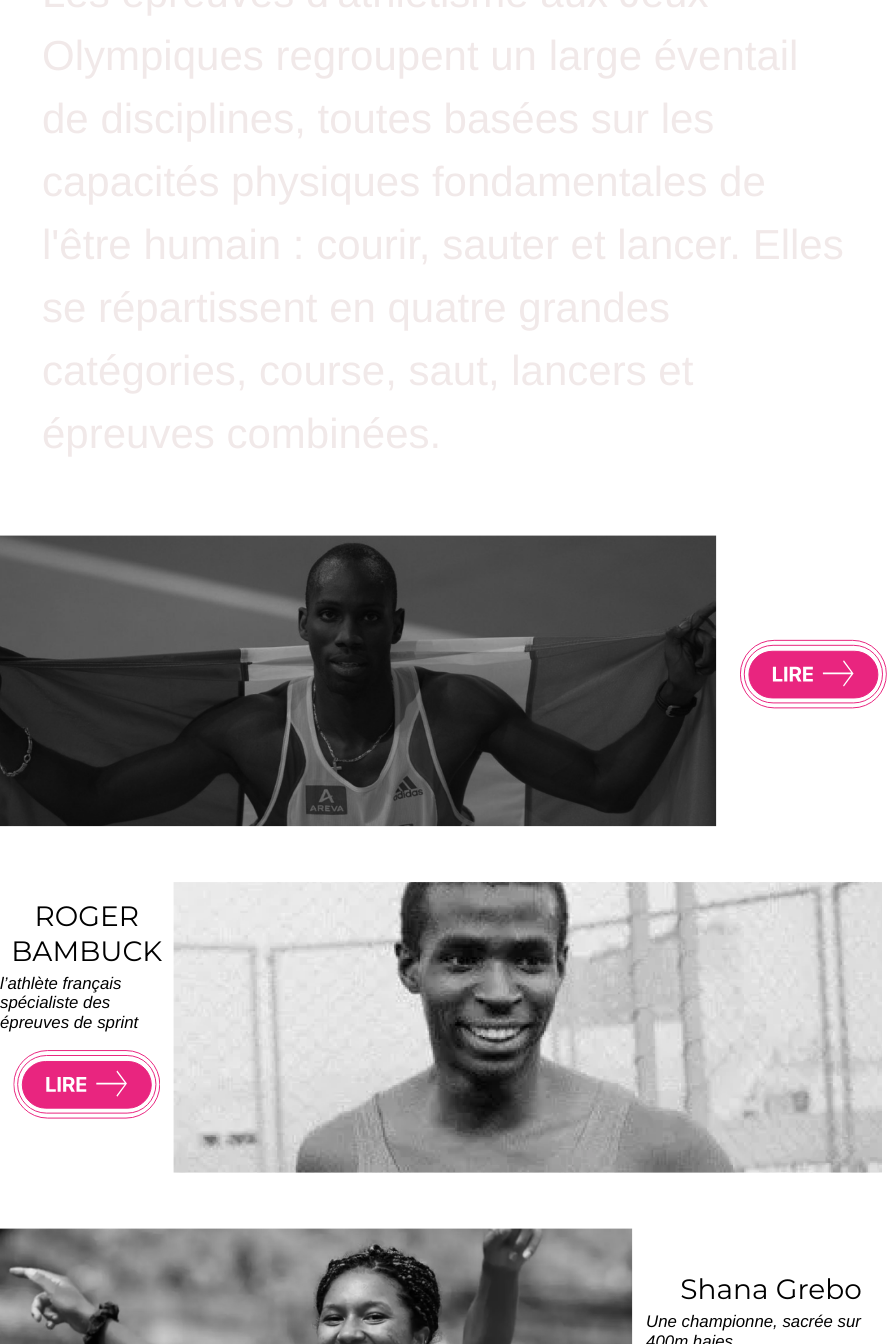
Repository: AdilGHAZAL/MosaiqueWebdoc
Page: /
An editor plug-in stored every save of this project. The page is shown before and after the next save, followed by the edit.
The browser window is 1280 px wide. The pictures show the part of the page from y = 1243 to 3163 px (the page is 9339 px tall), at 70% of full size.
The page's requests for data from a server got no answer. Some web fonts or font styles are not loaded; a fallback is used. Some web libraries are served in a nearby version. The project was rebuilt for these pictures with package versions that can differ from the ones it lists, and the page was loaded fresh each time. No one was signed in, and anything a server would have sent is missing. Also part of the build but not shown: vite.config.js, src/Athelete1/Athlete1.css, src/Athelete1/Athlete1.jsx, src/LoginScreen.jsx, src/backoffice.jsx.

Above is the page before, as saved 2024-05-02 19:51:23.

After the next save:
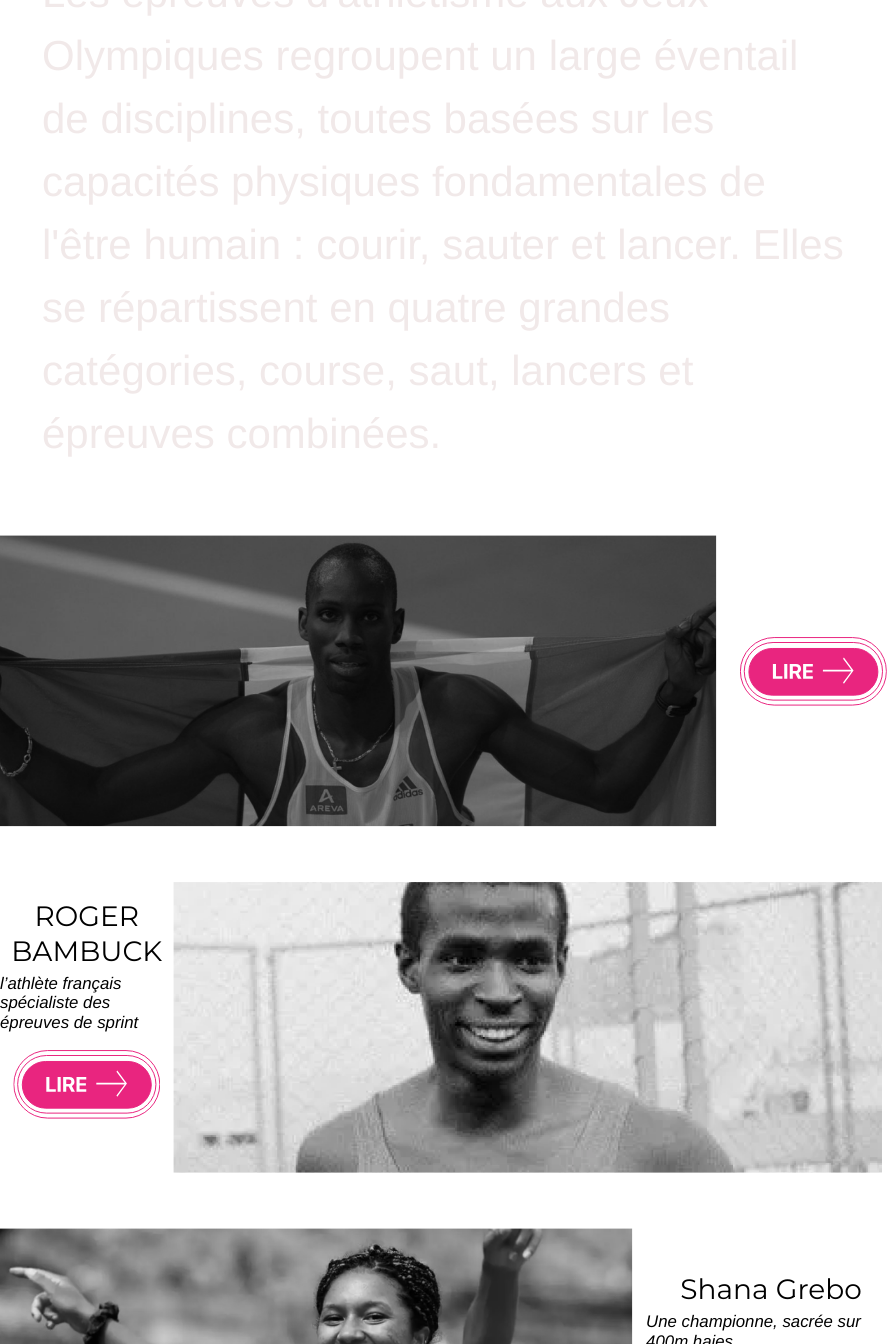
Saved 6 s later.
--- a/src/components/Athletes.jsx
+++ b/src/components/Athletes.jsx
@@ -35,7 +35,6 @@
         <p>{selectedChampion && selectedChampion.description}</p>
         <Link to={`/athlete/${selectedChampion && selectedChampion.id}`}>
           <div className="image-button-athl">
-            <button></button>
           </div>
         </Link>
       </div>
